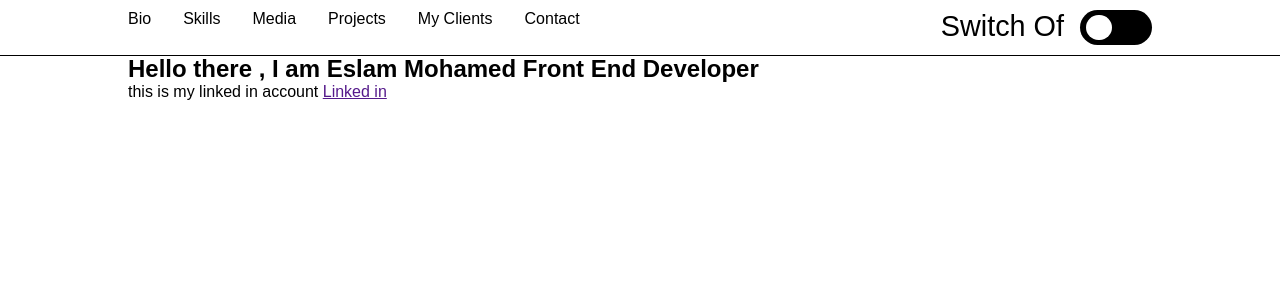
Repository: Eslam0Mohamed/portfolio
Page: index.html
An editor plug-in stored every save of this project. The page is shown before and after the next save, followed by the edit.
The browser window is 1280 px wide. The pictures show the whole page.

Above is the page before, as saved 2024-07-13 23:26:30.

After the next save:
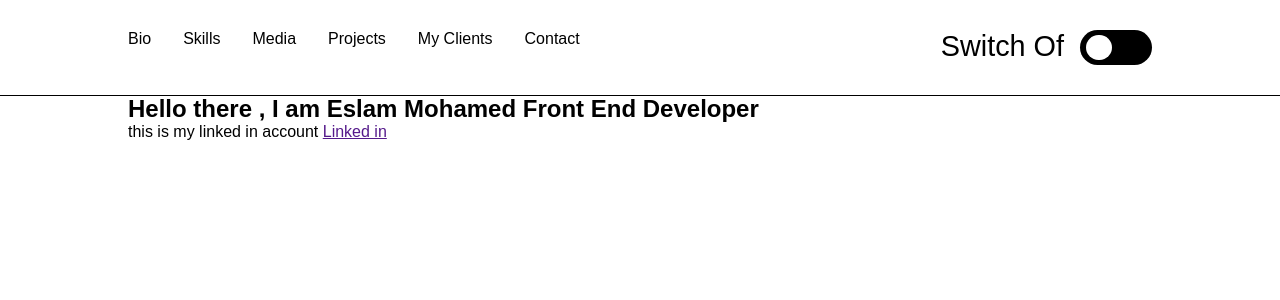
Saved 5 s later.
--- a/css/style.css
+++ b/css/style.css
@@ -71,7 +71,7 @@ body {
 }
 
 .header {
-    padding: 10px 0;
+    padding: 30px 0;
     position: relative;
     display: flex;
     justify-content: center;
